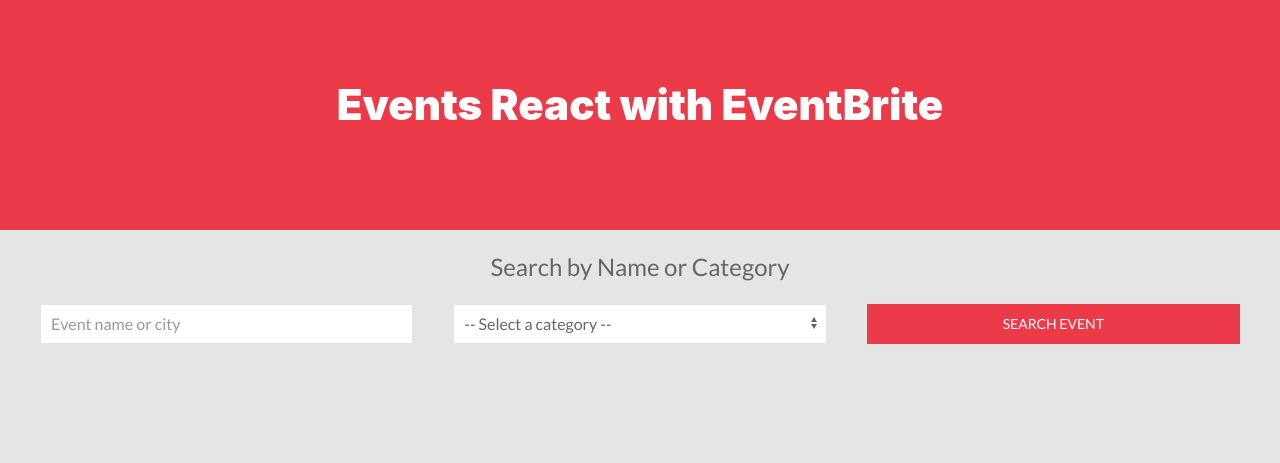
Repository: ppfeliuu/Find-Your-Events
Page: /
The author's editor kept a copy of each file at every save. The page is drawn from the files as they stood at one save, then again after the next save.
The browser window is 1280 px wide. The pictures show the whole page.
The page's requests for data from a server got no answer. Some web libraries are served in a nearby version. The project was rebuilt for these pictures with package versions that can differ from the ones it lists, and the page was loaded fresh each time. No one was signed in, and anything a server would have sent is missing.

Above is the page before, as saved 2019-06-19 15:29:41.

### public/index.html
<!DOCTYPE html>
<html lang="en">
  <head>
    <meta charset="utf-8" />
    <link rel="shortcut icon" href="%PUBLIC_URL%/w-calendar.png" />
    <meta name="viewport" content="width=device-width, initial-scale=1" />
    <meta name="theme-color" content="#000000" />
    <!--
      manifest.json provides metadata used when your web app is installed on a
      user's mobile device or desktop. See https://developers.google.com/web/fundamentals/web-app-manifest/

    -->
    <link href="https://fonts.googleapis.com/css?family=Lato:400,900" rel="stylesheet">
    <link rel="stylesheet" href="https://cdnjs.cloudflare.com/ajax/libs/uikit/3.0.0-rc.6/css/uikit.min.css" />
    <link rel="manifest" href="%PUBLIC_URL%/manifest.json" />
    <!--
      Notice the use of %PUBLIC_URL% in the tags above.
      It will be replaced with the URL of the `public` folder during the build.
      Only files inside the `public` folder can be referenced from the HTML.

      Unlike "/favicon.ico" or "favicon.ico", "%PUBLIC_URL%/favicon.ico" will
      work correctly both with client-side routing and a non-root public URL.
      Learn how to configure a non-root public URL by running `npm run build`.
    -->
    <title>React App</title>

  </head>
  <body>
    <noscript>You need to enable JavaScript to run this app.</noscript>
    <div id="root"></div>
    <!--
      This HTML file is a template.
      If you open it directly in the browser, you will see an empty page.

      You can add webfonts, meta tags, or analytics to this file.
      The build step will place the bundled scripts into the <body> tag.

      To begin the development, run `npm start` or `yarn start`.
      To create a production bundle, use `npm run build` or `yarn build`.
    -->
    <script src="https://cdnjs.cloudflare.com/ajax/libs/uikit/3.0.0-rc.6/js/uikit.min.js"></script>
    <script src="https://cdnjs.cloudflare.com/ajax/libs/uikit/3.0.0-rc.6/js/uikit-icons.min.js"></script>
  </body>
</html>

### src/App.js
import React from "react";
import Header from "./components/Header";
import Formulario from "./components/Formulario";
import CategoriasProvider from "./context/CategoriasContext";
import EventosProvider from "./context/EventosContext";
import ListaEventos from './components/ListaEventos';

function App() {
  return (
    <EventosProvider>
      <CategoriasProvider>
        <Header />
        <div className="uk-container">
          <Formulario />
          <ListaEventos />
        </div>
      </CategoriasProvider>
    </EventosProvider>
  );
}

export default App;

### src/components/Header.js
import React from 'react';

const Header = () => (
    <header className="uk-margin" uk-margin="true">
        <h1 className="uk-text-center">Events React with EventBrite</h1>
    </header>
);

export default Header;

### src/components/Formulario.js
import React, { Component } from "react";
import { CategoriasConsumer } from "../context/CategoriasContext";
import { EventosConsumer } from "../context/EventosContext";

class Fomulario extends Component {
  state = {
    nombre: "",
    categoria: ""
  };

  getDataEvent = e => {
    this.setState({
      [e.target.name]: e.target.value
    });
  };

  render() {
    return (
      <EventosConsumer>
          {(value) => {
              // console.log(value)
            return( <form
                    onSubmit={(e) => {
                        e.preventDefault();
                        value.getEvents(this.state);
                    }}>
          <fieldset className="uk-fieldset uk-margin">
            <legend className="uk-legend uk-text-center">
              Search by Name or Category
            </legend>
          </fieldset>

          <div className="uk-column-1-3@m uk-margin">
            <div className="uk-margin" uk-margin="true">
              <input
                name="nombre"
                className="uk-input"
                type="text"
                placeholder="Event name or city"
                onChange={this.getDataEvent}
              />
            </div>

            <div className="uk-margin" uk-margin="true">
              <select
                className="uk-select"
                name="categoria"
                onChange={this.getDataEvent}
              >
                <option value=""> -- Select a category -- </option>
                <CategoriasConsumer>
                  {value => {
                    return value.categorias.map(categoria => (
                      <option
                        key={categoria.id}
                        value={categoria.id}
                        data-uk-form-select
                      >
                        {categoria.name_localized}
                      </option>
                    ));
                  }}
                </CategoriasConsumer>
              </select>
            </div>

            <div className="uk-margin" uk-margin="true">
              <input
                className="uk-button uk-button-danger"
                type="submit"
                value="Search event"
              />
            </div>
          </div>
        </form>);
          }}

      </EventosConsumer>
    );
  }
}

export default Fomulario;

### src/context/CategoriasContext.js
import React, { Component } from 'react';
import axios from 'axios';
import { async } from 'q';


const CategoriasContext = React.createContext();

export const CategoriasConsumer = CategoriasContext.Consumer;

class CategoriasProvider extends Component {

    token = 'MKZWK4ABOBPSGJPETSKF';

    state = {
        categorias : []
     }

    componentDidMount() {
        this.getCategories();
    }

    getCategories = async () => {
        let url = `https://www.eventbriteapi.com/v3/categories/?token=${this.token}`;

        let categorias = await axios.get(url);

        // console.log(categorias.data.categories);

        this.setState({
            categorias: categorias.data.categories
        })
    }

    render() {
        return (
            <CategoriasContext.Provider
                value={{
                    categorias: this.state.categorias
                }}
            >
                {this.props.children}

            </CategoriasContext.Provider>
         );
    }
}

export default CategoriasProvider;

### src/context/EventosContext.js
import React, { Component } from 'react';
import { async } from 'q';
import axios from 'axios';

const EventosContext = React.createContext();
export const EventosConsumer = EventosContext.Consumer;

class EventosProvider extends Component {

    token = 'MKZWK4ABOBPSGJPETSKF';
    order = 'date';

    state = {
        eventos: []
     }

    getEvents = async (search) => {
        let url = `https://www.eventbriteapi.com/v3/events/search/?q=${search.nombre}&categories=${search.categoria}&sort_by=${this.order}&token=${this.token}`;

        const eventos = await axios(url);

        // console.log(eventos.data.events);

        this.setState({
            eventos: eventos.data.events
        })
    }

    render() {
        return (
            <EventosContext.Provider
                value={{
                    eventos: this.state.eventos,
                    getEvents: this.getEvents
                }}
                >
                {this.props.children}
            </EventosContext.Provider>
         );
    }
}

export default EventosProvider;

### src/components/ListaEventos.js
import React from 'react';

const ListaEventos = () => {
    return (
        <div className="uk-child-width-1-3@m" uk-grid="true">
            <h1>

            </h1>
        </div>
     );
}

export default ListaEventos;

Loaded but not shown: src/index.js (common file); src/index.css (common file); src/serviceWorker.js (common file)

After the next save:
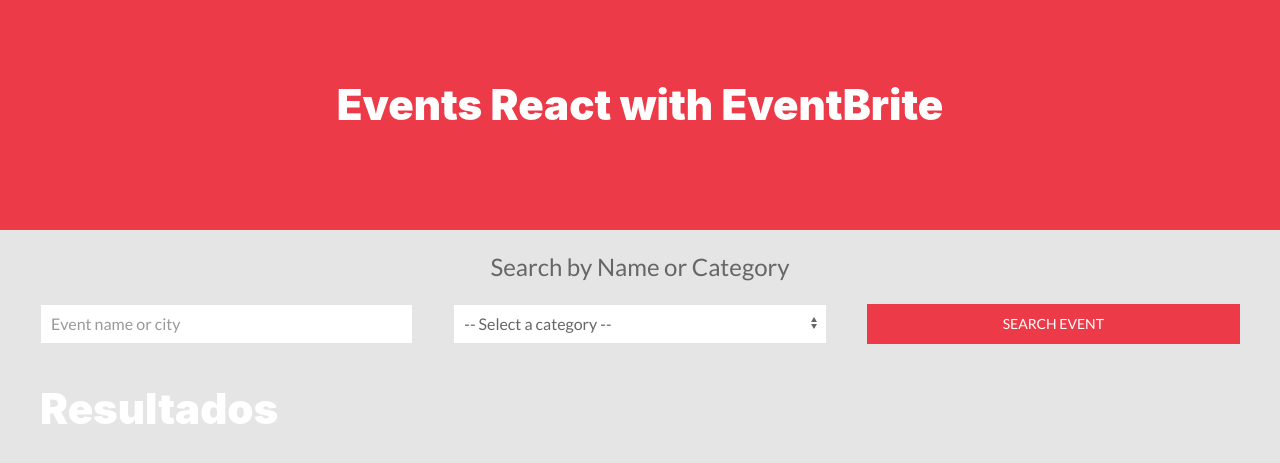
Saved 20 s later.
--- a/src/components/ListaEventos.js
+++ b/src/components/ListaEventos.js
@@ -3,9 +3,7 @@
 const ListaEventos = () => {
     return (
         <div className="uk-child-width-1-3@m" uk-grid="true">
-            <h1>
-
-            </h1>
+            <h1>Resultados</h1>
         </div>
      );
 }

After the save that followed:
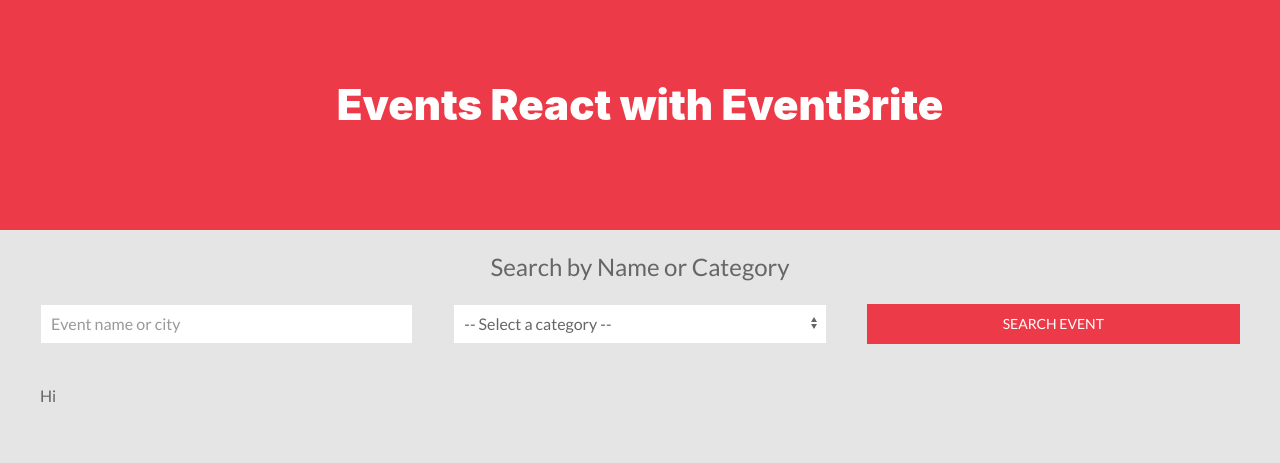
Saved 2 min 50 s later.
--- a/src/components/ListaEventos.js
+++ b/src/components/ListaEventos.js
@@ -1,9 +1,15 @@
 import React from 'react';
+import { EventosConsumer } from '../context/EventosContext';
 
 const ListaEventos = () => {
     return (
         <div className="uk-child-width-1-3@m" uk-grid="true">
-            <h1>Resultados</h1>
+            <EventosConsumer>
+                {(value) => {
+                    return(<p>Hi</p>)
+                }}
+            </EventosConsumer>
+
         </div>
      );
 }
